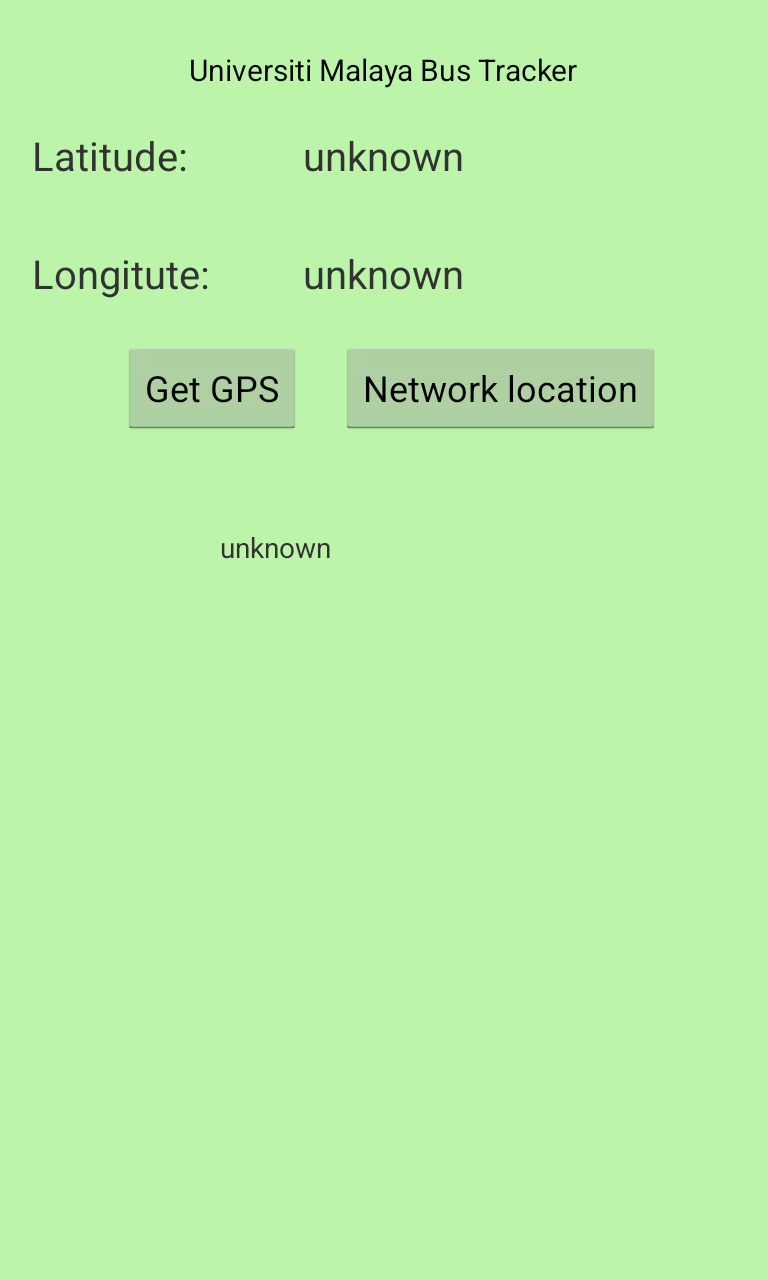
Repository: patheon17/myrepo2
Layout: workspace/UMBusTracker/res/layout/activity_main.xml
An editor plug-in stored every save of this project. The layout is shown before and after the next save, followed by the edit.
It is drawn on a 768 x 1280 px phone screen (xhdpi) without system bars, with theme AppTheme; the app's code is not run.

Above is the layout before, as saved 2013-09-29 14:35:43.

### workspace/UMBusTracker/res/layout/activity_main.xml
<RelativeLayout xmlns:android="http://schemas.android.com/apk/res/android"
    xmlns:tools="http://schemas.android.com/tools"
    android:layout_width="match_parent"
    android:layout_height="match_parent"
    android:background="@color/appbackground"
    android:paddingBottom="@dimen/activity_vertical_margin"
    android:paddingLeft="@dimen/activity_horizontal_margin"
    android:paddingRight="@dimen/activity_horizontal_margin"
    android:paddingTop="@dimen/activity_vertical_margin"
    tools:context=".MainActivity" >

    <TextView
        android:id="@+id/TextView02"
        android:layout_width="wrap_content"
        android:layout_height="wrap_content"
        android:layout_centerHorizontal="true"
        android:layout_marginTop="48dp"
        android:text="unknown"
        android:textSize="20dip" />

    <TextView
        android:id="@+id/TextView01"
        android:layout_width="wrap_content"
        android:layout_height="wrap_content"
        android:layout_alignBaseline="@+id/TextView02"
        android:layout_alignBottom="@+id/TextView02"
        android:text="Latitude: "
        android:textSize="20dip" />

    <TextView
        android:id="@+id/TextView04"
        android:layout_width="wrap_content"
        android:layout_height="wrap_content"
        android:layout_alignLeft="@+id/TextView02"
        android:layout_below="@+id/TextView02"
        android:layout_marginTop="32dp"
        android:text="unknown"
        android:textSize="20dip" />

    <TextView
        android:id="@+id/TextView03"
        android:layout_width="wrap_content"
        android:layout_height="wrap_content"
        android:layout_alignBaseline="@+id/TextView04"
        android:layout_alignBottom="@+id/TextView04"
        android:layout_alignLeft="@+id/TextView01"
        android:text="Longitute: "
        android:textSize="20dip" />

    <TextView
        android:id="@+id/title"
        android:layout_width="wrap_content"
        android:layout_height="wrap_content"
        android:layout_above="@+id/TextView01"
        android:layout_centerHorizontal="true"
        android:layout_marginBottom="19dp"
        android:text="@string/Apptitle"
        android:textAppearance="?android:attr/textAppearanceLarge"
        android:textSize="@dimen/titlesize" />

    <Button
        android:id="@+id/button2"
        android:layout_width="wrap_content"
        android:layout_height="wrap_content"
        android:layout_alignLeft="@+id/TextView04"
        android:layout_below="@+id/TextView04"
        android:layout_marginLeft="18dp"
        android:layout_marginTop="20dp"
        android:text="@string/network" />

    <TextView
        android:id="@+id/providerlist"
        android:layout_width="wrap_content"
        android:layout_height="wrap_content"
        android:layout_below="@+id/button2"
        android:layout_marginTop="46dp"
        android:layout_toRightOf="@+id/TextView03"
        android:text="@string/providerslist"
        android:textAppearance="?android:attr/textAppearanceSmall" />

    <Button
        android:id="@+id/button1"
        android:layout_width="wrap_content"
        android:layout_height="wrap_content"
        android:layout_alignBaseline="@+id/button2"
        android:layout_alignBottom="@+id/button2"
        android:layout_toLeftOf="@+id/button2"
        android:text="@string/button1" />

</RelativeLayout>

### workspace/UMBusTracker/res/values/styles.xml
<resources>

    <!--
        Base application theme, dependent on API level. This theme is replaced
        by AppBaseTheme from res/values-vXX/styles.xml on newer devices.
    -->
    <style name="AppBaseTheme" parent="android:Theme.Light">
        <!--
            Theme customizations available in newer API levels can go in
            res/values-vXX/styles.xml, while customizations related to
            backward-compatibility can go here.
        -->
    </style>

    <!-- Application theme. -->
    <style name="AppTheme" parent="AppBaseTheme">
        <!-- All customizations that are NOT specific to a particular API-level can go here. -->
    </style>
    <color name="appbackground">#BCF5A9</color>

</resources>

### workspace/UMBusTracker/res/values/dimens.xml
<resources>

    <!-- Default screen margins, per the Android Design guidelines. -->
    <dimen name="activity_horizontal_margin">16dp</dimen>
    <dimen name="activity_vertical_margin">16dp</dimen>
    <dimen name="titlesize">15dp</dimen>

</resources>

### workspace/UMBusTracker/res/values/strings.xml
<?xml version="1.0" encoding="utf-8"?>
<resources>

    <string name="app_name">UM Bus Tracker</string>
    <string name="action_settings">Settings</string>
    <string name="hello_world">Hello world!</string>
    <string name="Apptitle">Universiti Malaya Bus Tracker</string>
    <string name="button1">Get GPS</string>
    <string name="providerstatus">unknown</string>
    <string name="providerslist">unknown</string>
    <string name="gpsstatus">Current GPS status :</string>
    <string name="locprov1">Location Provider</string>
    <string name="network">Network location</string>
    <string name="title_activity_set_plate_num">SetPlateNum</string>

</resources>

Loaded but not shown: workspace/UMBusTracker/res/values-v11/styles.xml (common file); workspace/UMBusTracker/res/values-v14/styles.xml (common file)

After the next save:
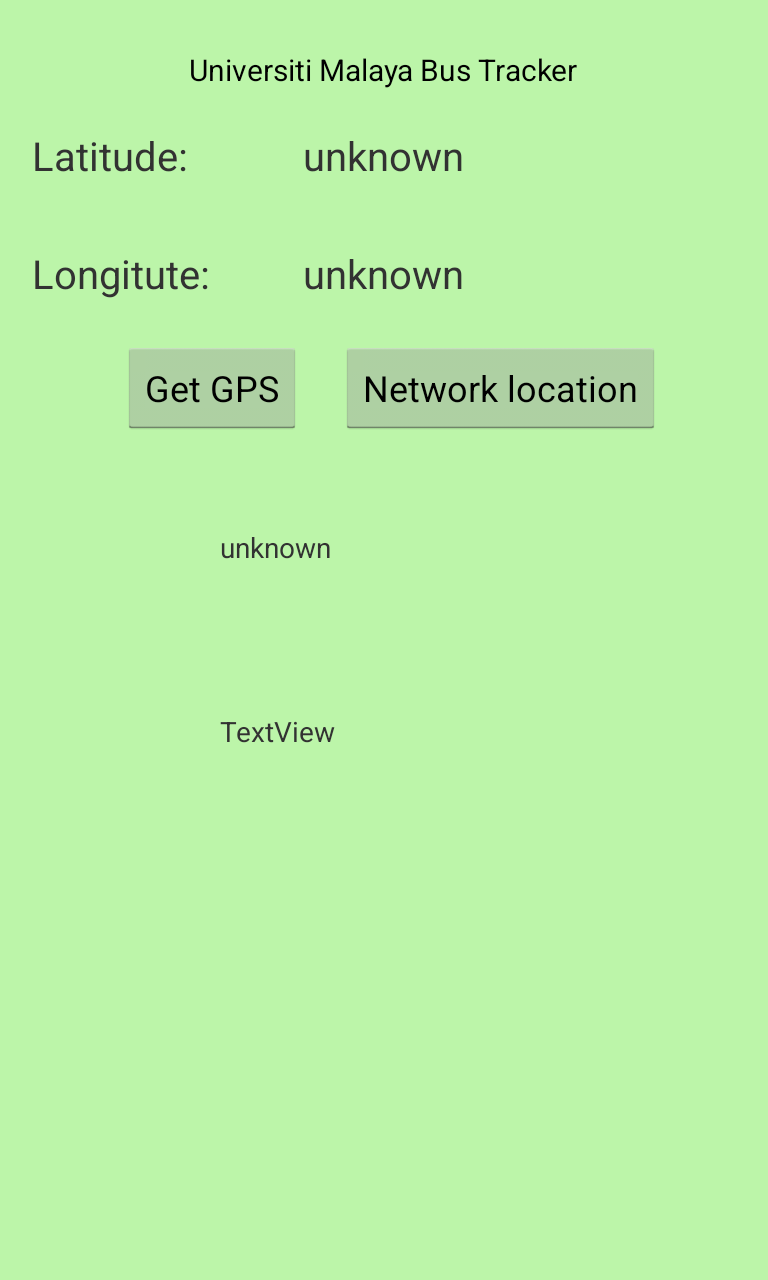
Saved 91 s later.
--- a/workspace/UMBusTracker/res/layout/activity_main.xml
+++ b/workspace/UMBusTracker/res/layout/activity_main.xml
@@ -87,4 +87,13 @@
         android:layout_toLeftOf="@+id/button2"
         android:text="@string/button1" />
 
+    <TextView
+        android:id="@+id/textView1"
+        android:layout_width="wrap_content"
+        android:layout_height="wrap_content"
+        android:layout_alignLeft="@+id/providerlist"
+        android:layout_below="@+id/providerlist"
+        android:layout_marginTop="73dp"
+        android:text="TextView" />
+
 </RelativeLayout>
